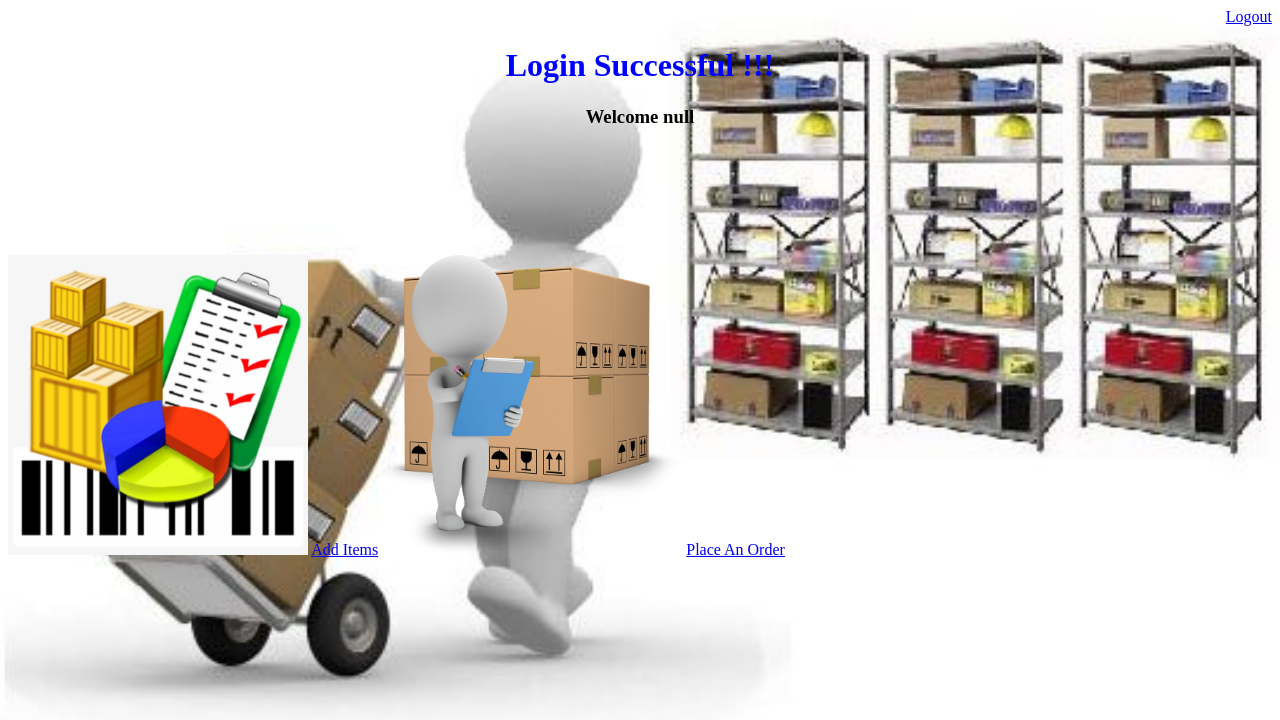
Repository: nirmaniPathiranage/CSSE-Procurement-Management
Page: http://localhost/Item_Management/Home.jsp
An editor plug-in stored every save of this project. The page is shown before and after the next save, followed by the edit.
The browser window is 1280 px wide. The pictures show the whole page.
The page is served by Tomcat 9. Other server files are loaded and not shown.

Above is the page before, as saved 2019-09-29 19:03:30.

### Item_Management/WebContent/Home.jsp
<%@ page language="java" contentType="text/html; charset=ISO-8859-1"
	pageEncoding="ISO-8859-1"%>
<!DOCTYPE html>
<html>
<head>
<meta http-equiv="Content-Type" content="text/html; charset=ISO-8859-1">
<title>Home Page</title>
<style>
body{

	background:url('bg2.jpg');
	background-size: cover;
}
</style>
</head>
<body>
	<div style="text-align: right">
		<a href="LogoutServlet">Logout</a>
	</div>
	<center>
		<h1>
			<font style="color: blue">Login Successful !!!</font>
		</h1>
	</center>
	<center>
		<h3>
			Welcome
			<%=session.getAttribute("userName")%>
		</h3>
		</center>
		<br><br><br><br><br><br>
<img src = "sales.png.jpg" height = "300px" width = "300px">
<a href = "AddItem.jsp">Add Items</a>
<img src = "warehouse-inventory-icon-6.png" height = "300px" width = "300px">
<a href = "PlaceOrder.jsp">Place An Order</a>
<br><br><br><br><br><br>
</body>
</html>

After the next save:
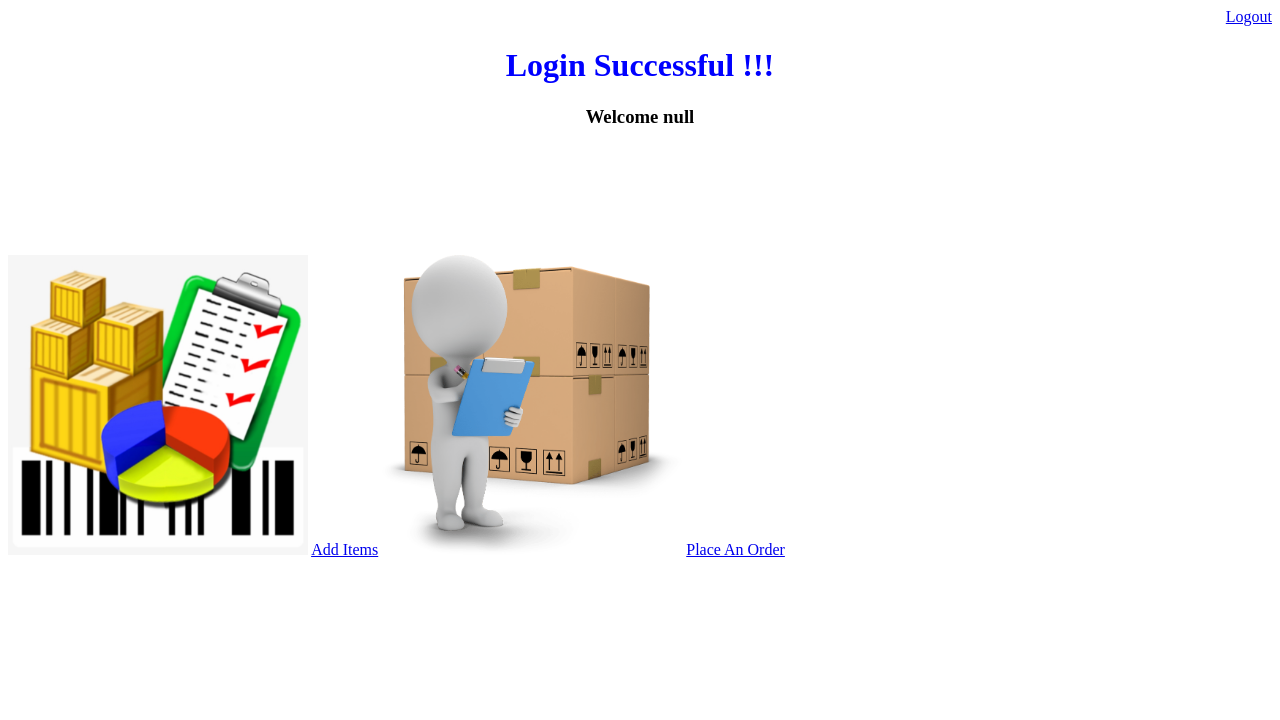
Not found: Item_Management/Item_Management/bg3.jpg
Saved 102 s later.
--- a/Item_Management/WebContent/Home.jsp
+++ b/Item_Management/WebContent/Home.jsp
@@ -8,7 +8,7 @@
 <style>
 body{
 
-	background:url('bg2.jpg');
+	background:url('bg3.jpg');
 	background-size: cover;
 }
 </style>

After the save that followed:
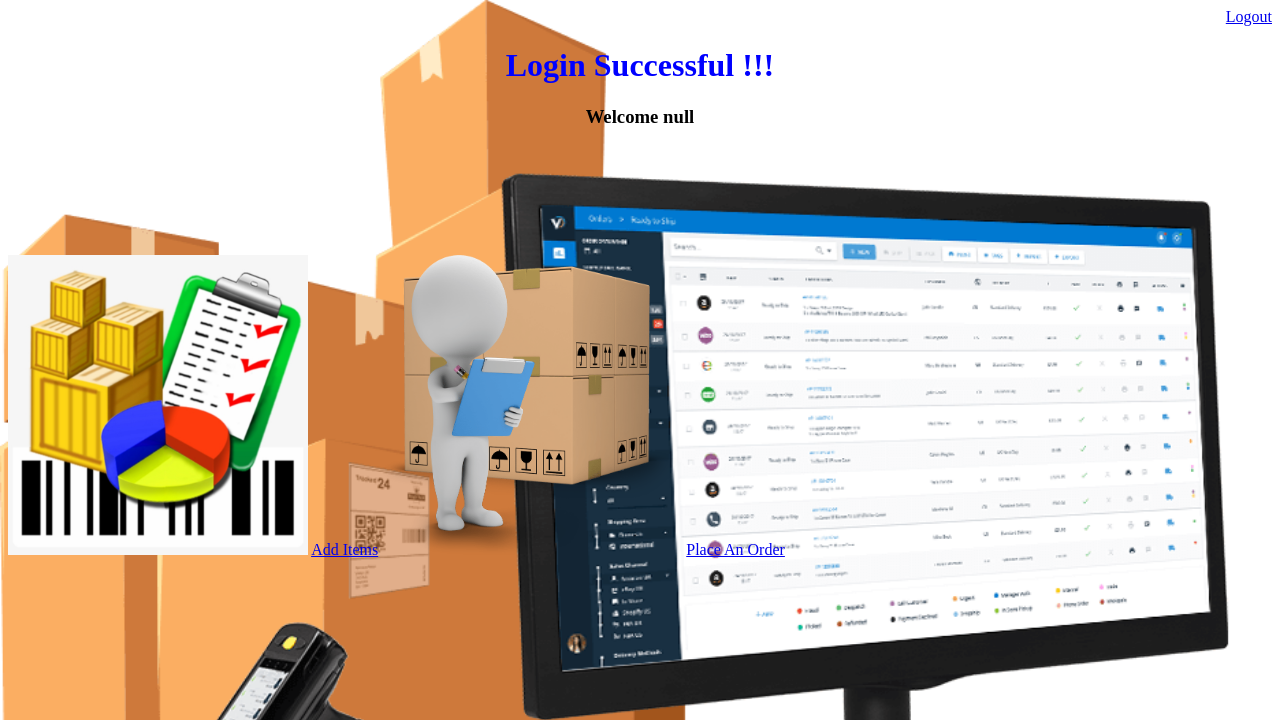
Saved 2 min 35 s later.
--- a/Item_Management/WebContent/Home.jsp
+++ b/Item_Management/WebContent/Home.jsp
@@ -8,7 +8,7 @@
 <style>
 body{
 
-	background:url('bg3.jpg');
+	background:url('bg4.png');
 	background-size: cover;
 }
 </style>
